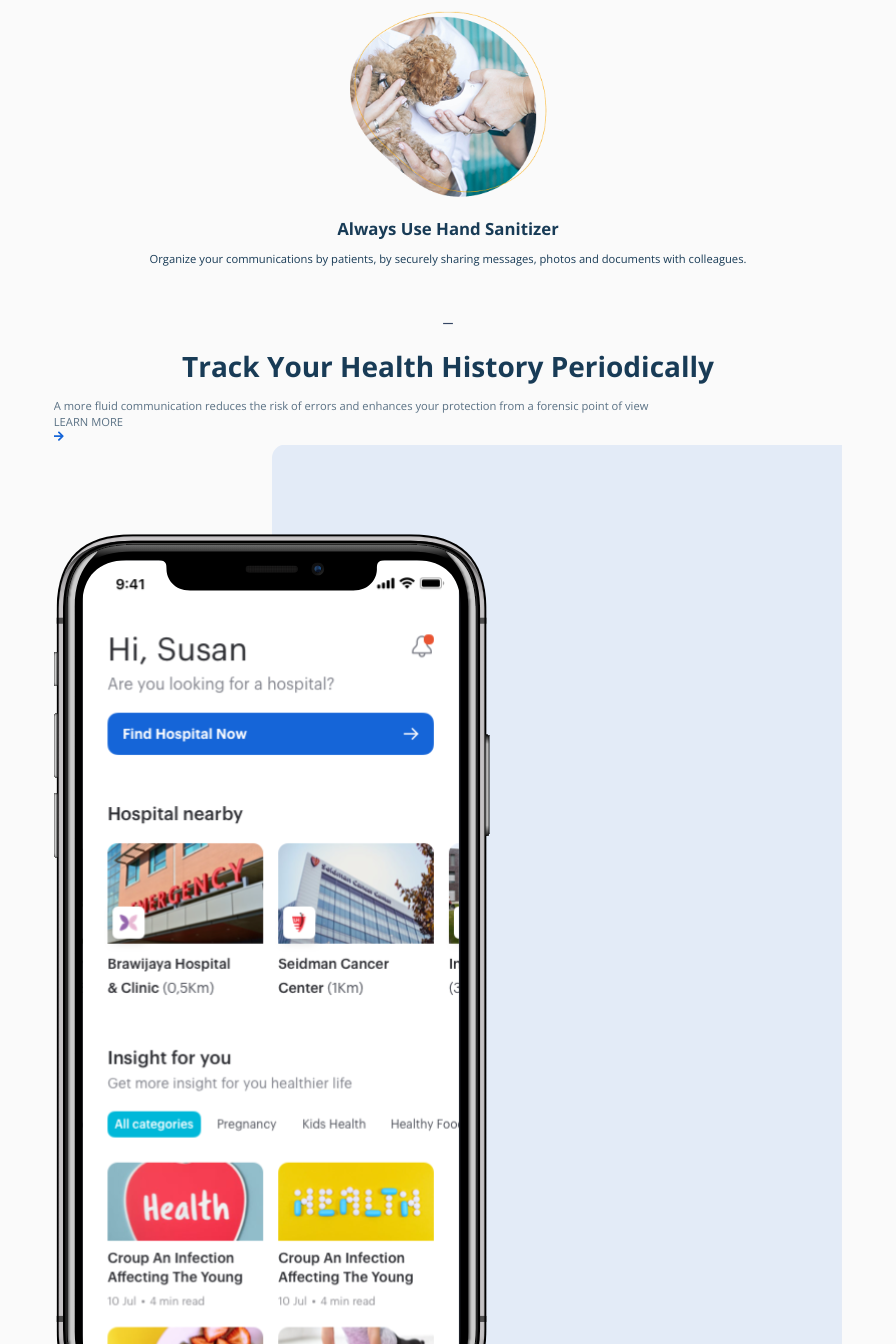
Repository: Esttevo/prova-html-css
Page: index.html
These files come from the project's save history. The page is drawn as it stood at one moment and after the next save; the edit follows.
The browser window is 1280 px wide. The pictures show the part of the page from y = 4580 to 6500 px (the page is 8466 px tall before and 8460 px after), at 70% of full size.
A picture or video elsewhere on the page could not be fetched, so the positions and the page height are approximate.

Above is the page before, as saved 2026-09-01 15:08:31.

After the next save:
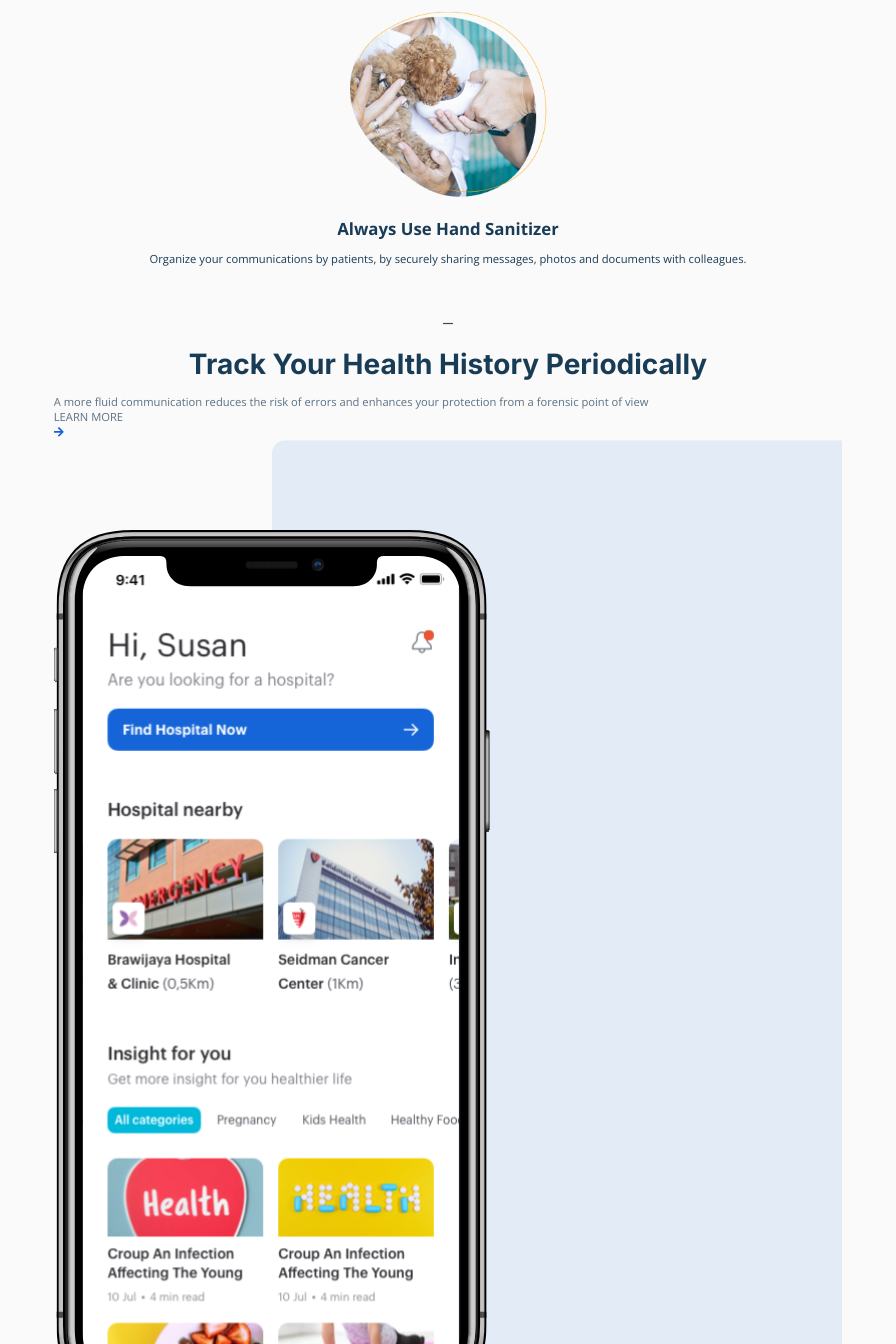
Saved 5 s later.
--- a/style.css
+++ b/style.css
@@ -296,7 +296,7 @@ header {
     font-size: clamp(28px, 5vw, 40px);
     text-align: center;
     margin-bottom: 1.2rem;
-    font-family: var();
+    font-family: var(--secundary-font-family);
 }
 
 #section-health p {
